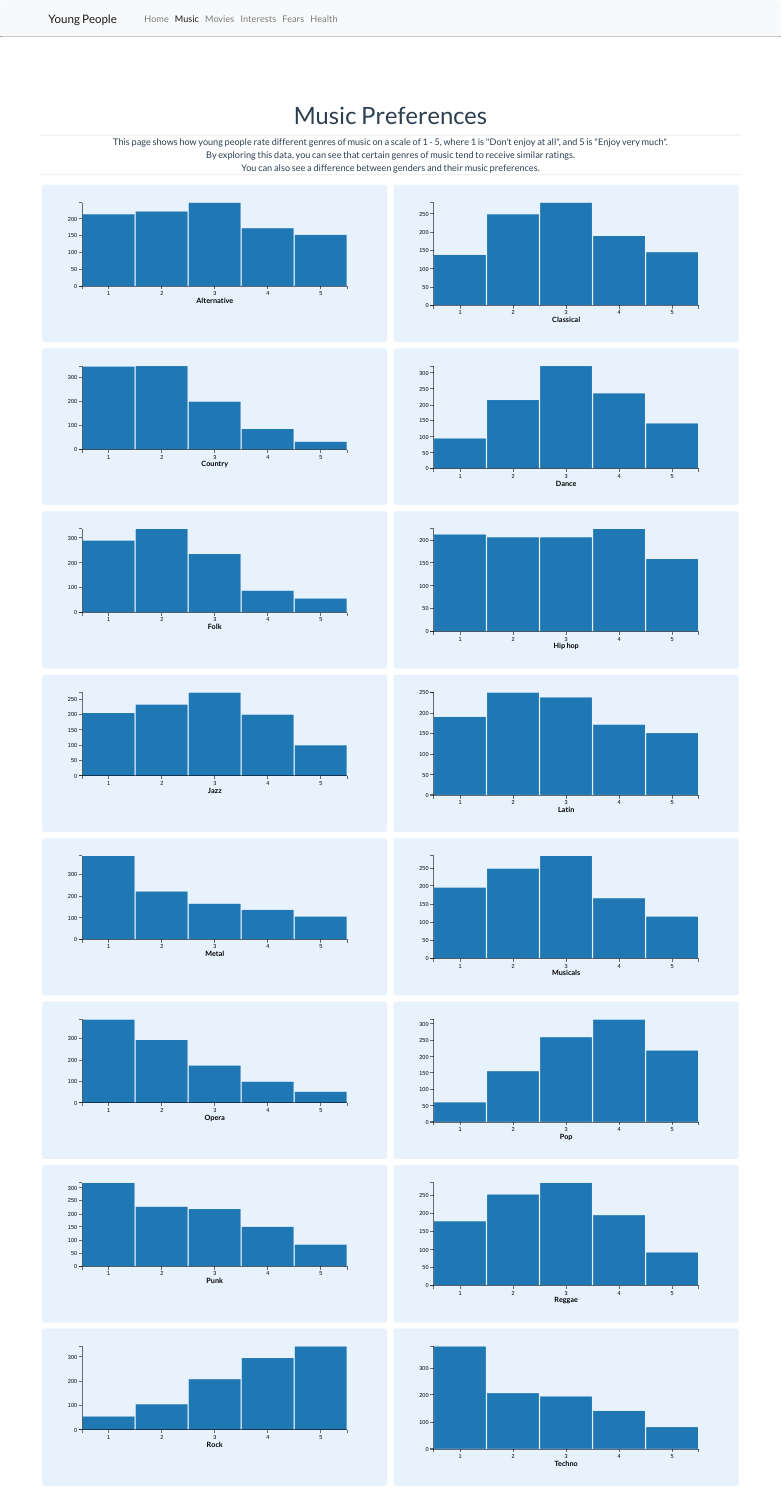
Repository: BrendanMolloy/milestone2
Page: music.html
The author's editor kept a record of every edit. The page is drawn from the files as they stood at one moment, then again after the next edit.
The browser window is 1280 px wide. The pictures show the whole page, at 61% of full size.
Some web libraries are served in a nearby version.

Above is the page before.

After the next edit:
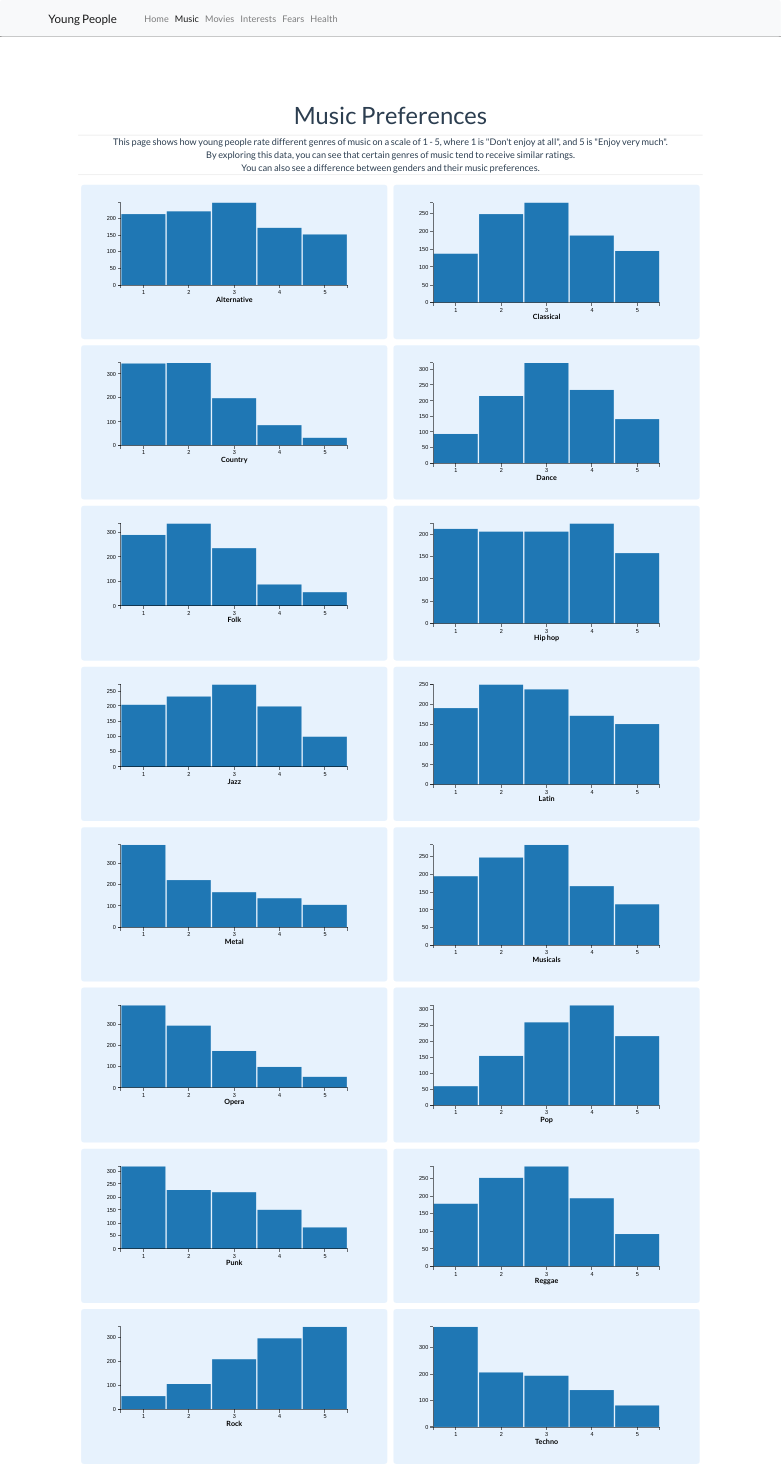
The edit:
--- a/css/style.css
+++ b/css/style.css
@@ -100,8 +100,8 @@
   Same as the width of the sidebar */
   text-align: center;
   max-width: 100vw;
-  padding-left: 5%;
-  padding-right: 5%;
+  padding-left: 10%;
+  padding-right: 10%;
   padding-top: 60px;
 }
 
